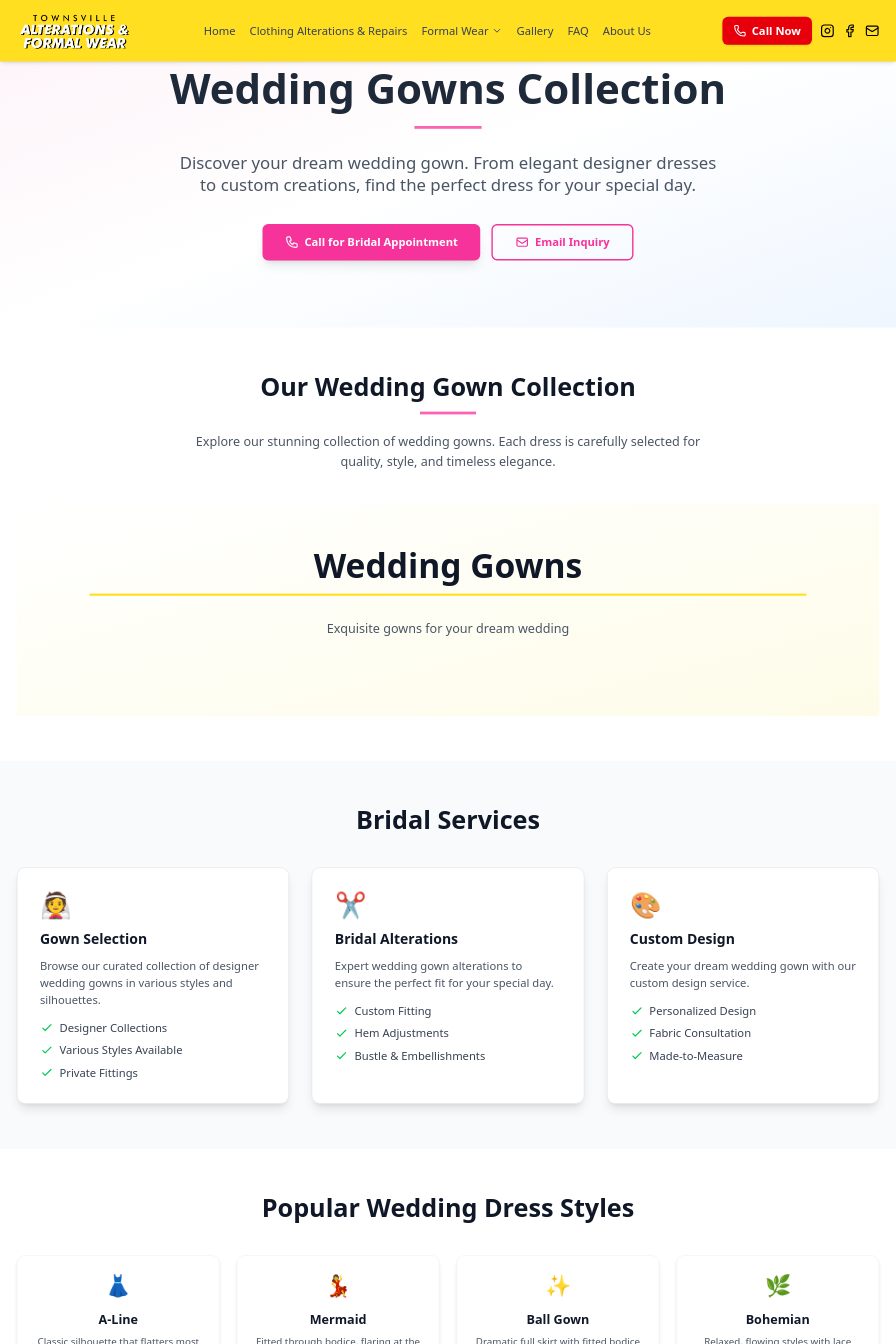
Repository: tarekhasan1/townsville-alteration
Page: /wedding-gowns
The author's editor kept a copy of each file at every save. The page is drawn from the files as they stood at one save, then again after the next save.
The browser window is 1280 px wide. The pictures show the part of the page from y = 0 to 1920 px (the page is 3589 px tall before and 3689 px after), at 70% of full size.
The page's requests for data from a server got no answer. The project was rebuilt for these pictures with package versions that can differ from the ones it lists, and the page was loaded fresh each time. The framework's server and built-in components were replaced by stand-ins that run in the browser. No one was signed in, and anything a server would have sent is missing. Also part of the build but not shown: next.config.ts.

Above is the page before, as saved 2026-01-21 05:58:12.

After the next save:
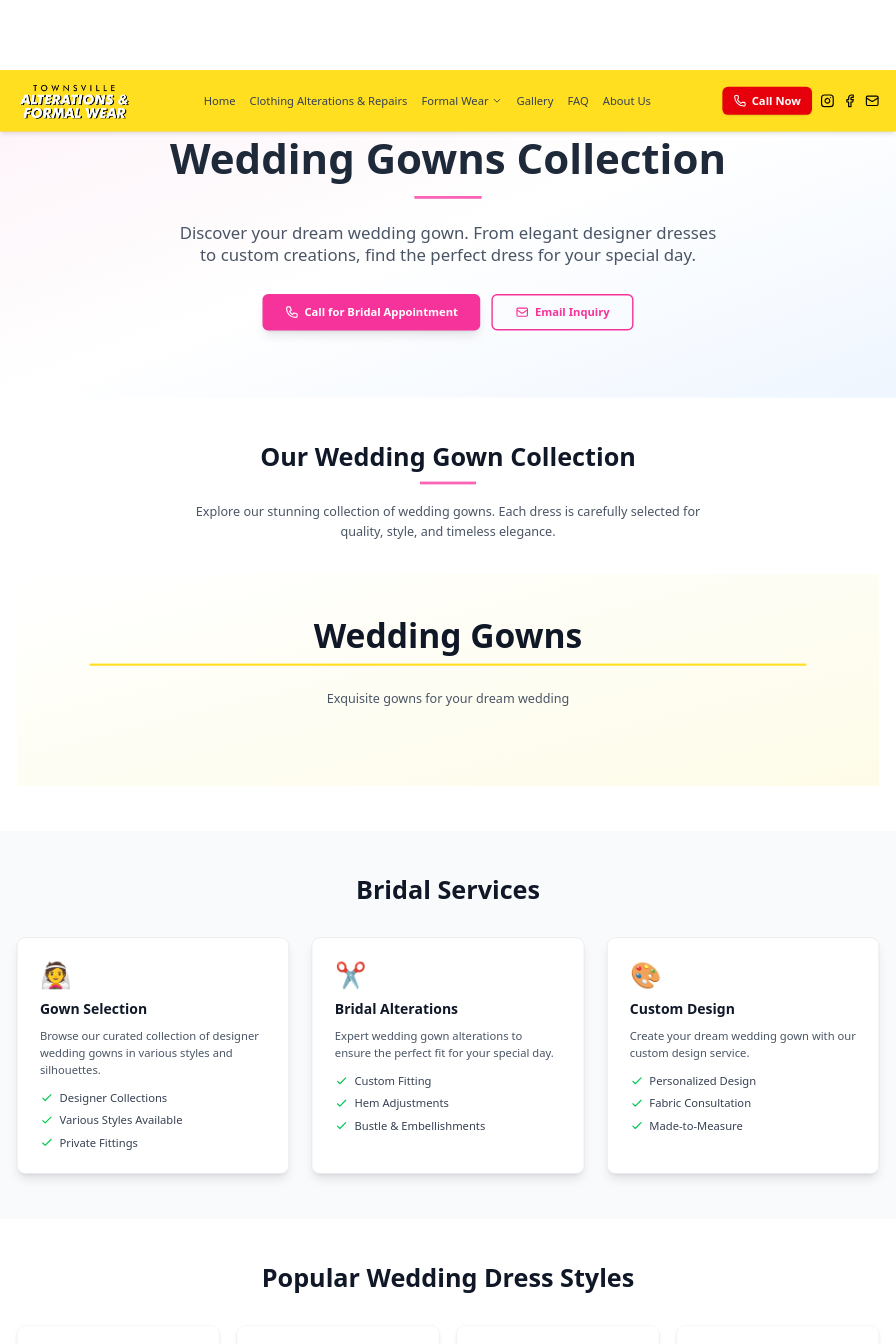
Saved 22 s later.
--- a/src/app/wedding-gowns/page.tsx
+++ b/src/app/wedding-gowns/page.tsx
@@ -32,7 +32,7 @@
   return (
     <main>
       {/* Hero Section */}
-      <section className="relative pt-[100px] bg-gradient-to-br from-pink-50 via-white to-blue-50 text-gray-800 py-16 md:py-24 px-6">
+      <section className="relative mt-[100px] bg-gradient-to-br from-pink-50 via-white to-blue-50 text-gray-800 py-16 md:py-24 px-6">
         <div className="max-w-7xl mx-auto text-center">
           <h1 className="text-4xl md:text-5xl lg:text-6xl font-bold mb-6">
             Wedding Gowns Collection

After the save that followed:
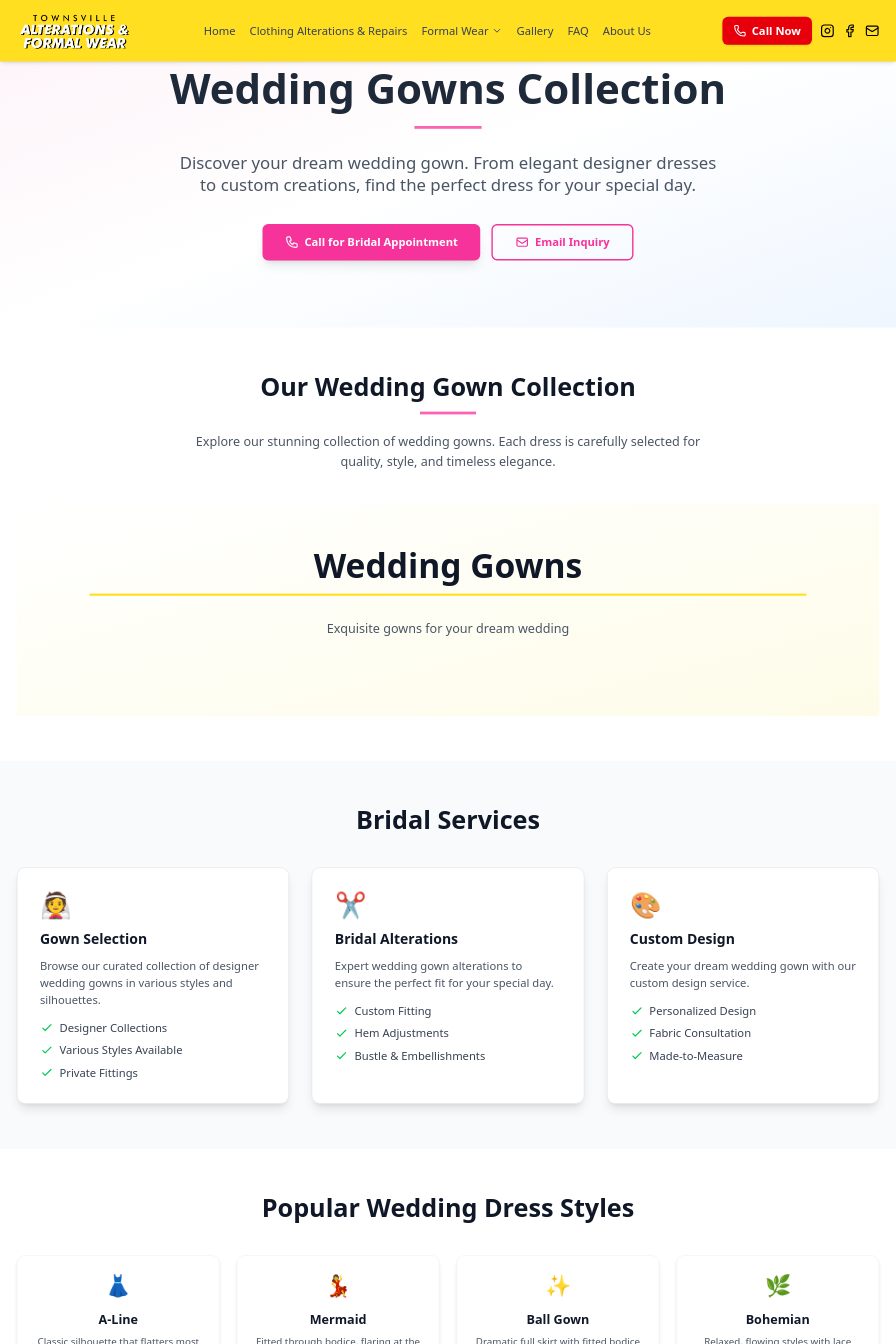
Saved 19 s later.
--- a/src/app/wedding-gowns/page.tsx
+++ b/src/app/wedding-gowns/page.tsx
@@ -32,7 +32,7 @@
   return (
     <main>
       {/* Hero Section */}
-      <section className="relative mt-[100px] bg-gradient-to-br from-pink-50 via-white to-blue-50 text-gray-800 py-16 md:py-24 px-6">
+      <section className="relative bg-gradient-to-br from-pink-50 via-white to-blue-50 text-gray-800 py-16 md:py-24 px-6">
         <div className="max-w-7xl mx-auto text-center">
           <h1 className="text-4xl md:text-5xl lg:text-6xl font-bold mb-6">
             Wedding Gowns Collection
